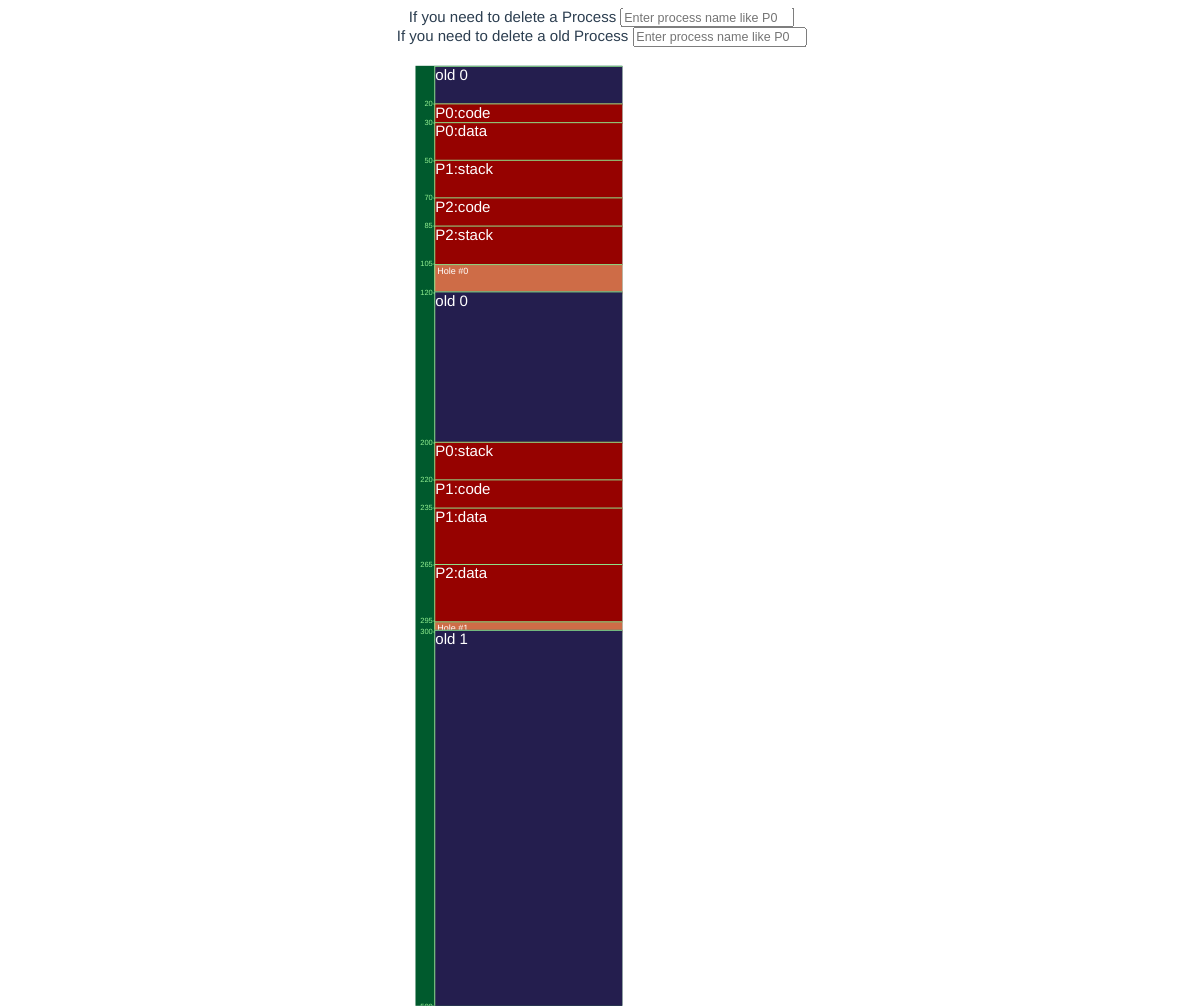
Repository: atout811/memory-allocation-project
Page: /#/final
The author's editor kept a copy of each file at every save. The page is drawn from the files as they stood at one save, then again after the next save.
The browser window is 1280 px wide. The pictures show the whole page, at 94% of full size.
The project was rebuilt for these pictures with package versions that can differ from the ones it lists, and the page was loaded fresh each time. Also part of the build but not shown: src/views/MemoryAndHoles.vue, src/views/Process.vue, src/views/Methods.vue.

Above is the page before, as saved 2021-06-10 17:18:02.

### src/App.vue
<template>
  <router-view v-slot="{ Component }">
    <transition name="fade" mode="out-in">
      <component :is="Component" />
    </transition>
  </router-view>
</template>
<script>
import MemHole from "./views/MemoryAndHoles.vue";
export default {
  name: "App",
  components: { MemHole },
};
</script>
<style lang="scss">
#app {
  font-family: Avenir, Helvetica, Arial, sans-serif;
  -webkit-font-smoothing: antialiased;
  -moz-osx-font-smoothing: grayscale;
  text-align: center;
  color: #2c3e50;
  display: flex;
  flex-direction: column;
  align-items: center;
}
a {
  font-weight: bold;
  color: #42b983;

  &.router-link-exact-active {
    color: #42b983;
  }
}
.fade-enter-active,
.fade-leave-active {
  transition: opacity 0.5s ease;
}
.fade-enter-from, .fade-leave-to /* .fade-leave-active below version 2.1.8 */ {
  opacity: 0;
}
</style>

### src/router/index.js
import { createRouter, createWebHashHistory } from "vue-router";
import Process from "../views/Process";
import MemoryAndHoles from "../views/MemoryAndHoles";
import Methods from "../views/Methods";
import Final from "../views/Final";

const routes = [
  {
    path: "/",
    name: "Home",
    component: MemoryAndHoles,
  },
  {
    path: "/process",
    name: "Process",
    component: Process,
  },
  {
    path: "/methods",
    name: "Methods",
    component: Methods,
  },
  {
    path: "/final",
    name: "Final",
    component: Final,
  },
];

const router = createRouter({
  history: createWebHashHistory(),
  routes,
});

export default router;

### src/store/index.js
import { createStore } from "vuex";

export default createStore({
  state: {
    input: {
      memSize: 500,
      Holes: [
        { starting: 20, size: 100 },
        { starting: 200, size: 100 },
      ],
      Processes: [
        {
          name: "P0",
          segments: [
            { name: "code", size: 10 },
            { name: "stack", size: 20 },
            { name: "data", size: 20 },
          ],
        },
        {
          name: "P1",
          segments: [
            { name: "code", size: 15 },
            { name: "stack", size: 20 },
            { name: "data", size: 30 },
          ],
        },
        {
          name: "P2",
          segments: [
            { name: "code", size: 15 },
            { name: "stack", size: 20 },
            { name: "data", size: 30 },
          ],
        },
        {
          name: "P3",
          segments: [
            { name: "code", size: 15 },
            { name: "stack", size: 20 },
            { name: "data", size: 30 },
          ],
        },
      ],
      Method: "worse-fit",
    },
  },
  mutations: {},
  actions: {},
  modules: {},
});

### src/views/Final.vue
<template>
  <div class="cont">
    <div>
      <div>
        If you need to delete a Process
        <input
          type="text"
          placeholder="Enter process name like P0"
          v-model="deleteProcess"
        />
      </div>
      <div>
        If you need to delete a old Process
        <input
          type="text"
          placeholder="Enter process name like P0"
          v-model="deleteProcess"
        />
      </div>
    </div>
    <div class="memory"></div>
  </div>
</template>

<script>
export default {
  name: "Final",

  data() {
    return {
      data: this.$store.state.input,
      deleteProcess: "",
    };
  },
  mounted: function () {
    const memory = document.querySelector("div.cont > .memory");
    console.log(memory);
    const scale = 2;
    let data = { ...this.data };
    let holes = data.Holes.map((item) => [
      Number(item.starting),
      Number(item.size),
    ]);
    // let holes = [
    //   [140, 100],
    //   [40, 80],
    //   [260, 90],
    // ];

    let totalMemorySize = Number(data.memSize);
    function orderHoles() {
      holes = holes.sort((a, b) => a[0] - b[0]);
    }
    function renderMemory() {
      memory.style.height = `${totalMemorySize * scale}px`;
    }
    renderMemory();
    let obj = {};
    // let test = data.Processes.map((item) => [
    //   null,
    //   item.segments.forEach((el) => {
    //     return Object.assign({ [el.name]: [Number(el.size)] });
    //   }),
    //   item.name,
    // ]);
    let test = [];
    for (let index = 0; index < data.Processes.length; index++) {
      let item = data.Processes[index].segments;
      let temp = {};
      for (let j = 0; j < item.length; j++) {
        temp[item[j].name] = [Number(item[j].size)];
      }
      test[index] = [null, temp, data.Processes[index].name];
    }
    let processes = [...test];
    // processes = [
    //   [null, { code: [10], data: [30], stack: [16] }, "p1"],
    //   [null, { code: [15], data: [30], stack: [25] }, "p3"],
    //   [null, { code: [10], data: [40], stack: [18] }, "p2"],
    //   [null, { code: [12], data: [10], stack: [12] }, "p4"],
    // ]; //start,size,name
    console.log("prooooooooooocess: ", processes);
    let OldProcess = [];

    function generateOldProcess() {
      const firstHoleStart = holes[0][0];

      if (firstHoleStart > 0) OldProcess.push([0, firstHoleStart, `old ${0}`]);

      for (let h = 0; h < holes.length; h++) {
        const holeStart = holes[h][0];
        const HoleSize = holes[h][1];
        const HoleEnd = holeStart + HoleSize;

        if (h === holes.length - 1) {
          const lastHole = totalMemorySize - HoleEnd;
          if (HoleEnd < totalMemorySize)
            OldProcess.push([HoleEnd, lastHole, `old ${h}`]);
        } else {
          const nextStart = holes[h + 1][0];
          OldProcess.push([HoleEnd, nextStart - HoleEnd, `old ${h}`]);
        }
      }
    }
    // alert(holes[0][0])
    function renderHoles(type, holes) {
      // holes ==>
      for (let hole = 0; hole < holes.length; hole += 1) {
        const startingIndex = holes[hole][0];
        const size = holes[hole][1];

        // alert(hole)
        const holeBox = document.createElement("div");
        if (type === "old") {
          holeBox.innerText = holes[hole][2];
          holeBox.classList.add("oldProcess");
        } else if (type === "hole") {
          holeBox.innerText = "Hole #" + hole;
          holeBox.classList.add("hole");
        } else if (type === "process") {
          holeBox.innerText = holes[hole][2];
          holeBox.classList.add("process");
        }

        holeBox.style.top = `${startingIndex * scale}px`;
        holeBox.style.height = `${size * scale}px`;
        const endSize = document.createElement("span");
        const endSizeContainer = document.createElement("div");
        endSizeContainer.classList.add("endSizeContainer");
        endSizeContainer.appendChild(endSize);
        endSize.innerText = startingIndex + size;

        endSize.classList.add("holeEndIndex");
        if (startingIndex !== null) {
          holeBox.appendChild(endSizeContainer);
          memory.appendChild(holeBox);
        } else {
          // ERROR THE PROCESS CAN'T BE ALLOCATED
        }
      }
    }

    const totalProcessSize = (process) =>
      Object.values(process).reduce((prev, acc) => prev + acc);

    let method = data.Method;
    function allocate() {
      for (let p = 0; p < processes.length; p++) {
        // DON'T TOUCH MY SHIT 😡😡😡
        // firstFit(processes[p])
        if (method == "first-fit") {
          console.log("First");
          firstFit(processes[p]);
        } else if (method == "best-fit") {
          console.log("Best");
          bestFit(processes[p], true);
        } else if (method == "worse-fit") {
          console.log("Worse");
          bestFit(processes[p], false);
        }
      }
      console.log("PROCCESES", processes);
    }

    function getSmallestHole(tempHoles, segmentSize, isBest) {
      let smallestHole = isBest ? [0, 1000000] : [0, 0];

      tempHoles.forEach((hole, index) => {
        const [holeStart, holeSize] = hole;
        if (isBest) {
          if (holeSize > segmentSize && smallestHole[1] > holeSize) {
            smallestHole = hole;
            smallestHole[2] = index;
          } else if (
            smallestHole[2] === undefined &&
            index === tempHoles.length - 1
          ) {
            // couldn't find hole
            smallestHole[2] = -1;
          }
        } else {
          // worse fit (let largest hole)
          if (holeSize > segmentSize && smallestHole[1] < holeSize) {
            smallestHole = hole;
            smallestHole[2] = index;
          } else if (
            smallestHole[2] === undefined &&
            index === tempHoles.length - 1
          ) {
            // couldn't find hole
            smallestHole[2] = -1;
          }
        }
      });
      return smallestHole;
    }

    function bestFit(p, isBest) {
      // Allocate in the smallest hole
      const segments = p[1];
      let isAllProcessAllocated = true;
      let tempHoles = JSON.parse(JSON.stringify(holes));
      Object.entries(segments).forEach(
        // for each segment
        ([name, value]) => {
          const segmentSize = value[0];
          let smallest = getSmallestHole(tempHoles, segmentSize, isBest);
          const [holeStart, holeEnd, holeIndex] = smallest;
          if (holeIndex == -1) {
            console.log("PROCESS CAN NOt BE ALLOCATED", p);
            isAllProcessAllocated = false;
            p[0] = true;
          }

          value[1] = smallest[0];
          const segEnd = segmentSize + holeStart;

          if (holeIndex !== -1) {
            tempHoles[holeIndex][0] = segEnd;
            const oldHoleSize = tempHoles[holeIndex][1];
            tempHoles[holeIndex][1] = oldHoleSize - segmentSize;
          } else {
            console.log("BUBUBUB", holeIndex);
          }

          //    console.log("value",value)
          //    console.log("smallestHole",smallest)
          console.log("_________________");
        }
      );
      if (isAllProcessAllocated) holes = tempHoles;
    }

    function firstFit(p) {
      // forEach segment loop over the holes
      // create a temp allocation array
      // that array
      // const size =totalProcessSize
      const segments = p[1];
      let isAllProcessAllocated = true;
      let tempHoles = JSON.parse(JSON.stringify(holes));

      Object.entries(segments).forEach(([name, value]) => {
        tempHoles.every((hole, index) => {
          const [holeStart, holeSize] = hole;
          let [size, segmentStartingIndex] = value;
          if (size <= holeSize) {
            value[1] = tempHoles[index][0];
            const segEnd = size + holeStart;
            tempHoles[index][0] = segEnd;
            tempHoles[index][1] = tempHoles[index][1] - size;
            return false;
          } else {
            if (index === tempHoles.length - 1) {
              //😞 مش لاقي مكان
              isAllProcessAllocated = false;
              console.log("CATCH", p);
              p[0] = true;
            }
            return true;
          }
        });
      });
      if (isAllProcessAllocated) {
        holes = tempHoles;
      }
    }

    function renderProcess() {
      processes.forEach((p) => {
        // loop over segments:
        if (!p[0]) {
          Object.keys(p[1]).forEach((s) => {
            // console.log("SEGMEMT",[p[1][s][1],[p[1][s]][0]])
            renderHoles("process", [[p[1][s][1], p[1][s][0], `${p[2]}:${s}`]]);
          });
        }
        // }else{
        // PROCESS CAN NOT BE ALLOCATED (NO ENGOUGH SPACE!)
        // }
      });
    }

    function concateHoles() {
      holes.forEach((h, index) => {
        const [start, size] = h;
        if (index < holes.length - 1) {
          const end = start + size;
          const [nextStart, nextSize] = holes[index + 1];
          if (end >= nextStart) {
            holes[index][1] = nextStart + nextSize - start;
            holes = [...holes.slice(0, index + 1), ...holes.slice(index + 2)];
            concateHoles();
          }
        }
      });
    }

    function deleteProcess(processName, isOld) {
      // create a hole
      let start, ProcessSize, AfterDelete, segments;
      if (isOld) {
        // deleteProcess()
        const processIndex = OldProcess.findIndex((p) => p[2] === processName);
        AfterDelete = [
          ...OldProcess.slice(0, processIndex),
          ...OldProcess.slice(processIndex + 1),
        ];
        // [start,segments,name] =processes[processIndex]
        start = OldProcess[processIndex][0];
        ProcessSize = OldProcess[processIndex][1];

        OldProcess = AfterDelete;
        holes.push([start, ProcessSize]);
      } else {
        const processIndex = processes.findIndex((p) => p[2] === processName);
        console.log("INDDDEX", processIndex);
        AfterDelete = [
          ...processes.slice(0, processIndex),
          ...processes.slice(processIndex + 1),
        ];
        //  recover Holes
        const [starter, segments] = processes[processIndex];
        Object.values(segments).forEach(([size, starting]) => {
          console.log(size, starting);
          holes.push([starting, size]);
        });
        processes = AfterDelete;
      }

      orderHoles();
      concateHoles();
      // [null,{code:10,data:30,stack:16},"p1"]
      render();
    }
    orderHoles();
    concateHoles();
    generateOldProcess();
    // deleteProcess("old 0",true)
    // deleteProcess("old 2",true)
    allocate();

    function clear() {
      while (memory.firstChild) {
        memory.removeChild(memory.lastChild);
      }
    }

    function render() {
      clear();
      renderHoles("hole", holes);
      renderHoles("old", OldProcess);
      renderProcess();
    }
    render();
    // deleteProcess("p2",false)
    // deleteProcess("p1",false)
    // deleteProcess("p4",false)
  },
};
</script>

<style scoped >
/* .memory >>> body {
  display: flex;
  flex-direction: column;
  justify-content: right;
  height: 100vh;

  margin: 0;
  font-family: "Courier New", Courier, monospace;
} */

.memory >>> h1 {
  color: blueviolet;
}
.memory {
  background-color: #005a2d;
  /* padding: 20px; */
  /* border-radius: 5px; */
  display: flex;
  flex-direction: column;
  width: 200px;
  align-self: flex-end;
  height: 1150px;
  /* top: 5%; */
  position: absolute;
  padding-left: 20px;
  overflow: hidden;
  margin: 20px;
}
.memory >>> .hole {
  background-color: #ce6c47;
  /* border: 0.7px solid #0f0; */
  border: 1px solid lightgreen;
  margin-top: 1px;
  /* height: 100px; */
  display: flex;
  /* align-self: center; */
  width: 100%;
  color: white;

  /* align-items: center; */
  /* justify-content: center; */
  position: absolute;
}
.memory >>> .oldProcess {
  background-color: #241e4e;
  /* border: 0.7px solid darkred; */
  color: white;
  display: flex;
  border: 1px solid lightgreen;
  width: 100%;
  position: absolute;
}
.memory >>> .process {
  background-color: #960200;
  /* border-bottom: 0.7px solid #eae7af; */
  /* border-top: 0.7px solid lightgreen; */
  display: flex;
  width: 100%;
  position: absolute;
  color: white;
  border: 1px solid lightgreen;
}

.memory >>> .hole,
.oldProcess,
.process {
  font-size: 0.6rem;
  text-transform: capitalize;
  padding-left: 2px;
  color: #fff;
  border-top: 0.2px solid lightgreen;
}

.memory >>> .endSizeContainer {
  /* background-color: red !important; */
  width: 20px;
  z-index: 1000;
  color: lightgreen !important;
  color: #ccc;
  font-size: 0.5rem;

  position: absolute;
  top: calc(100% - 5.4px);
  text-align: right;
  display: block;
  left: -20px;
}
.memory >>> .holeEndIndex::after {
  content: "-";
}
</style>

Loaded but not shown: public/index.html (common file); src/main.js (common file)

After the next save:
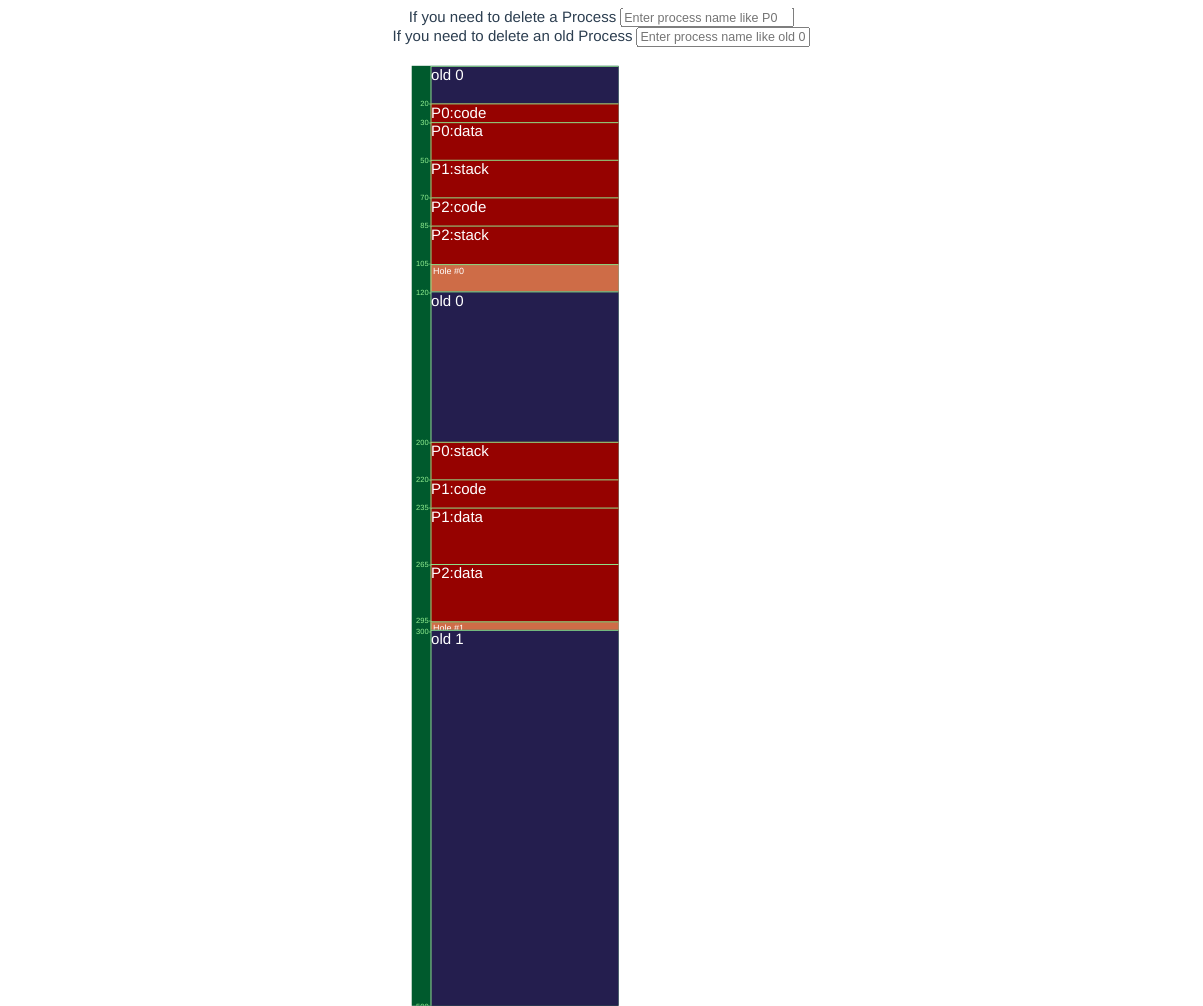
Saved 36 s later.
--- a/src/views/Final.vue
+++ b/src/views/Final.vue
@@ -10,10 +10,10 @@
         />
       </div>
       <div>
-        If you need to delete a old Process
+        If you need to delete an old Process
         <input
           type="text"
-          placeholder="Enter process name like P0"
+          placeholder="Enter process name like old 0"
           v-model="deleteProcess"
         />
       </div>
